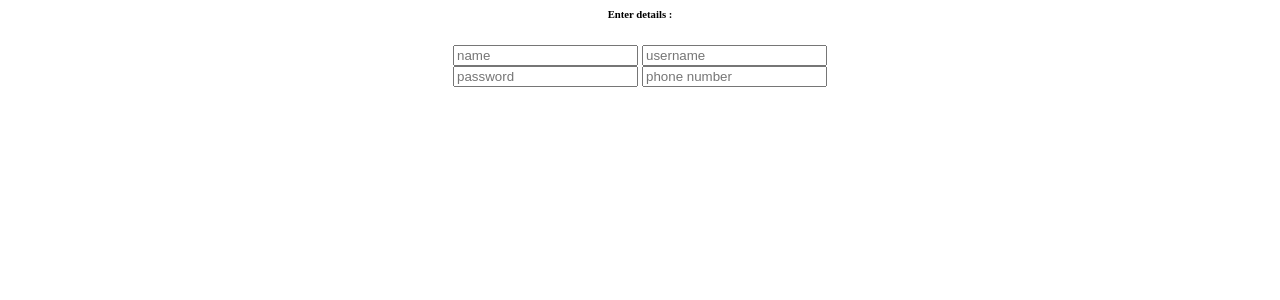
Repository: ApoorvaMishra4/Bootcamp
Page: http://localhost/Login/
An editor plug-in stored every save of this project. The page is shown before and after the next save, followed by the edit.
The browser window is 1280 px wide. The pictures show the whole page.
The page is served by Tomcat 9.

Above is the page before, as saved 2018-08-09 03:53:58.

After the next save:
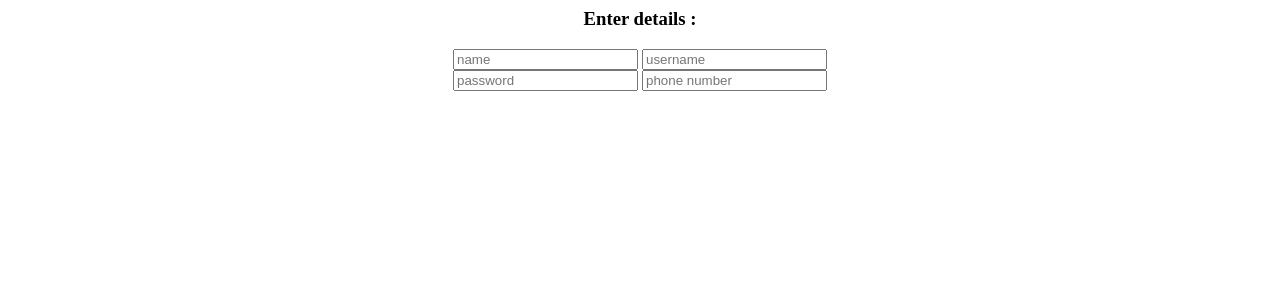
Saved 6 s later.
--- a/Login/src/main/webapp/index.jsp
+++ b/Login/src/main/webapp/index.jsp
@@ -8,7 +8,7 @@ text-align : center;
 </head>
 <body>
 <form action = "#">
-<h6>Enter details :</h6>
+<h3>Enter details :</h3>
 <input type="text" name="name" placeholder="name">
 <input type="text" name="username"  placeholder="username">
 <br>
